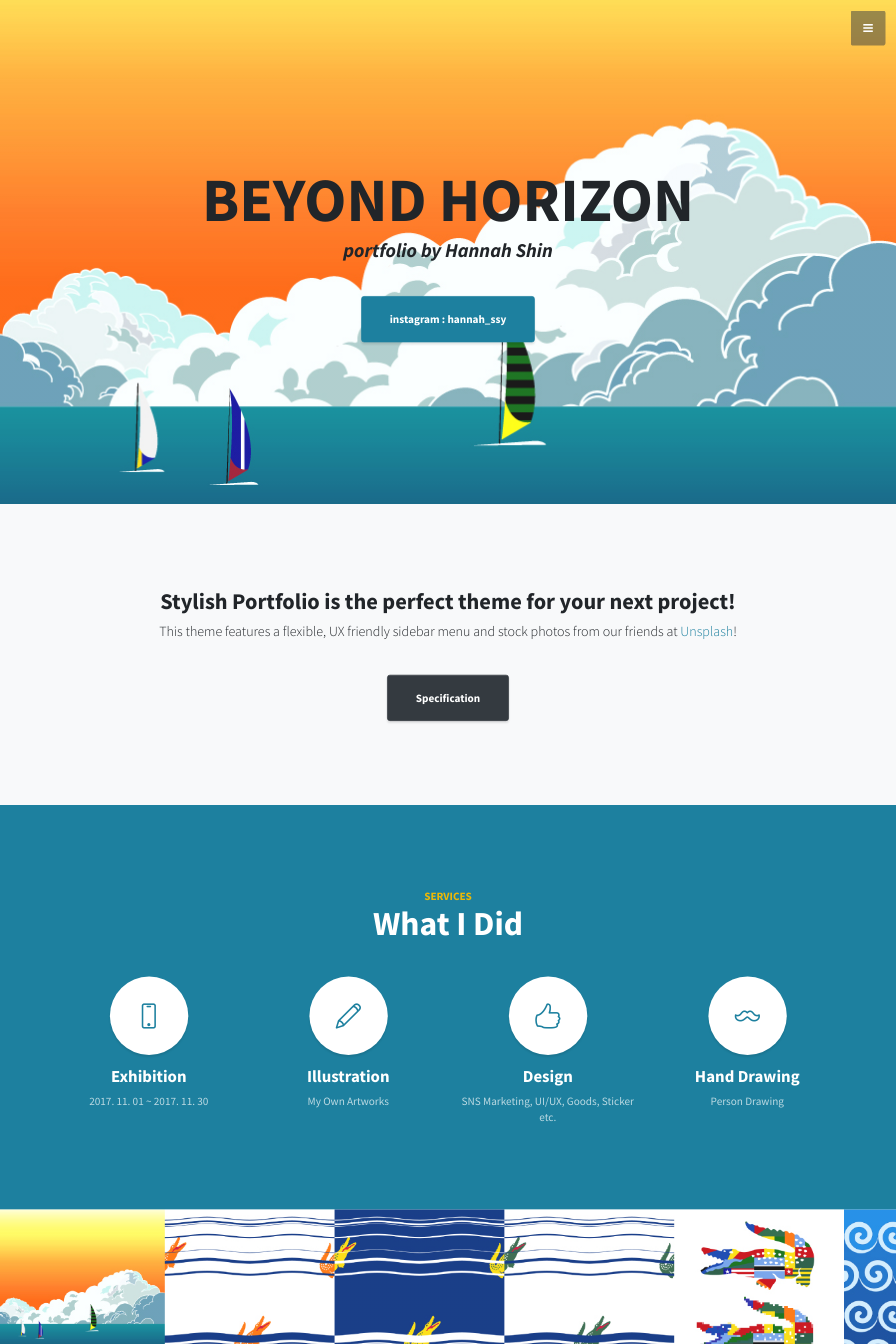
Repository: Hannahssy/Hannahssy.github
Page: my_porfolio/index.html
The author's editor kept a record of every edit. The page is drawn from the files as they stood at one moment, then again after the next edit.
The browser window is 1280 px wide. The pictures show the part of the page from y = 0 to 1920 px (the page is 5071 px tall), at 70% of full size.

Above is the page before.

After the next edit:
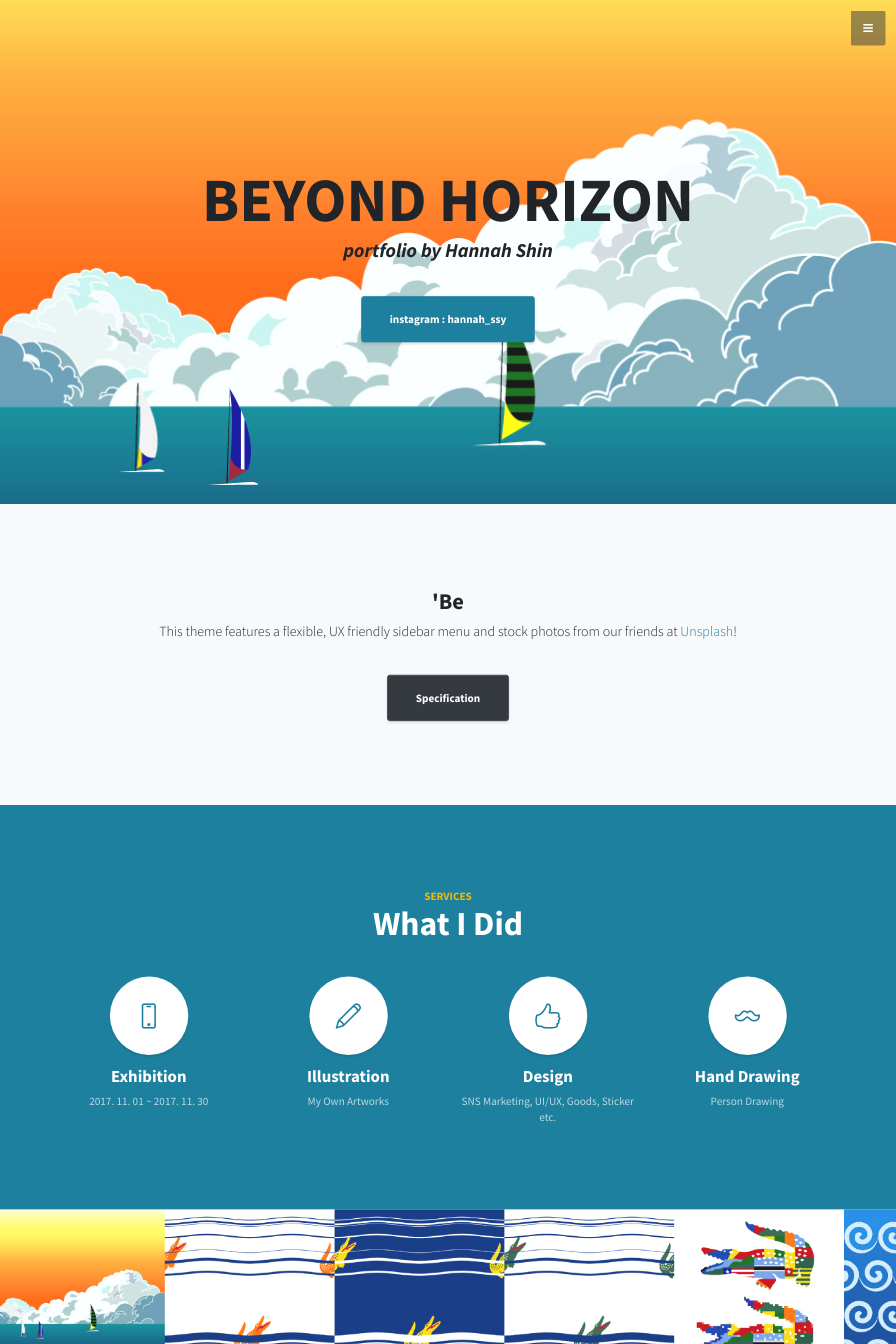
The edit:
--- a/my_porfolio/index.html
+++ b/my_porfolio/index.html
@@ -68,7 +68,7 @@
       <div class="container text-center">
         <div class="row">
           <div class="col-lg-10 mx-auto">
-            <h2>Stylish Portfolio is the perfect theme for your next project!</h2>
+            <h2>'Be</h2>
             <p class="lead mb-5">This theme features a flexible, UX friendly sidebar menu and stock photos from our friends at
               <a href="https://unsplash.com/">Unsplash</a>!</p>
             <a class="btn btn-dark btn-xl js-scroll-trigger" href="#services">Specification</a>
